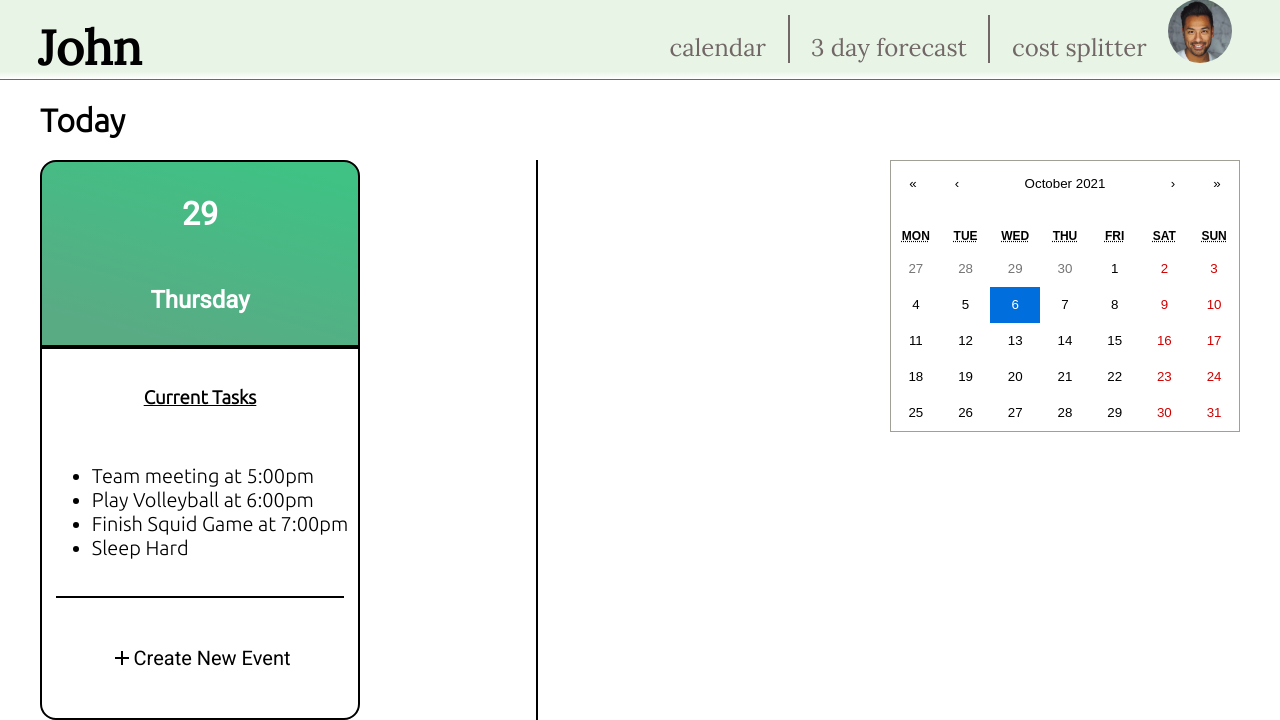
Repository: wilyyy/John
Page: /calendar (app in john-app/)
The author's editor kept a copy of each file at every save. The page is drawn from the files as they stood at one save, then again after the next save.
The browser window is 1280 px wide. The pictures show the whole page.
The project was rebuilt for these pictures with package versions that can differ from the ones it lists, and the page was loaded fresh each time. The framework's server and built-in components were replaced by stand-ins that run in the browser. Also part of the build but not shown: john-app/next.config.js.

Above is the page before, as saved 2021-10-06 23:09:30.

### john-app/pages/calendar.js
import Head from 'next/head'
import Nav from '@/Components/Nav'
import styled from 'styled-components';
import TaskCard from '@/Components/TaskCard';
import JohnCalendar from '@/Components/Calendar';

const CalendarCont = styled.div`
    display: flex;
    flex-direction: column;
    justify-content: space-between;
    align-items: center;
    width: 100vw;
    height: 100vh;
`;

const CalendarPageCont = styled.div`
    display: flex;
    flex-direction: column;
    font-family: 'Ubuntu', sans-serif;
    width: 75rem;
    height: 40rem;
`;

const CalendarPageRow = styled.div`
    display: flex;
    width: 75rem;
    height: 35rem;
    justify-content: space-between;
`;

const Divider = styled.div`
    border-left: 2px black solid;
    width: 2px;
    height: 35rem;
`;

const CalendarWithHeader = styled.div`
    display: flex;
    flex-direction: column;
`;

export default function Calendar(){
    return (
        <CalendarCont>
            <Nav />
            <CalendarPageCont>
                <h1>Today</h1>
                <CalendarPageRow>
                    <TaskCard />
                    <Divider />
                    <h1></h1>
                    <JohnCalendar />
                </CalendarPageRow>
            </CalendarPageCont>
        </CalendarCont>
    )
}

### john-app/styles/globals.css
@import url('https://fonts.googleapis.com/css2?family=Roboto&family=Ubuntu:wght@300&display=swap');
@import url('https://fonts.googleapis.com/css2?family=Lora&display=swap');
/* Ubuntu and Roboto and Lora Font */

html,
body {
  padding: 0;
  margin: 0;
  font-family: -apple-system, BlinkMacSystemFont, Segoe UI, Roboto, Oxygen,
    Ubuntu, Cantarell, Fira Sans, Droid Sans, Helvetica Neue, sans-serif;
}

a {
  color: inherit;
  text-decoration: none;
}

* {
  box-sizing: border-box;
}

### john-app/Components/Nav/index.js
import styled from 'styled-components';
import {useRouter} from 'next/router';
import React, {useState} from 'react';
import Image from 'next/image';
import profilePic from '@/Photos/avatar.jpg';

const NavCont = styled.div`
    display: flex;
    flex-direction: column;
    justify-content: flex-end;
    width: 100%;
    height: 6rem;
    font-family: 'Lora', serif;
    background: linear-gradient(180deg, #E8F5E6 90.62%, rgba(208, 227, 205, 0) 100%);
    border-bottom: #726767 1px solid;
`;

const NavRow = styled.div`
    display: flex;
    justify-content: space-between;
    padding: 0 2rem;
`;

const NavLinkRow = styled.div`
    display: flex;
    justify-content: space-evenly;
    width: 600px;
`;

const JohnLogo = styled.button`
    font-family: 'Lora', serif;
    border:none;
    background: none;
    font-size: 3rem;
    font-weight: bold;
    color: #000;
`;

const NavItem = styled.button`
    font-size: 1.5rem;
    color: #726767;
    font-family: 'Lora', serif;
    border:none;
    background: none;
`;

const Divider = styled.div`
    border-left: 2px #726767 solid;
    height: 3rem;
`;

const AvatarCont = styled.div`
    border-radius: 25rem;
    width: 4rem;
    height: 4rem;
    overflow: hidden;
    position: relative;
    top: -1rem;
`;


const Nav = () => {
    return <NavCont>
        <NavRow>
            <JohnLogo>John</JohnLogo>
            <NavLinkRow>
                <NavItem>calendar</NavItem>
                <Divider />
                <NavItem>3 day forecast</NavItem>
                <Divider />
                <NavItem>cost splitter</NavItem>
                <AvatarCont>
                    <Image src={profilePic} />
                </AvatarCont>
            </NavLinkRow>
        </NavRow>
    </NavCont>
}

export default Nav;

### john-app/Components/TaskCard/index.js
import styled from 'styled-components';
import {useRouter} from 'next/router';
import React, {useState} from 'react';
import AddIcon from '@mui/icons-material/Add';

//maybe change this to an array instead of an object?
const tasks = {
    task1: "Team meeting at 5:00pm",
    task2: "Play Volleyball at 6:00pm",
    task3: "Finish Squid Game at 7:00pm",
    task4: "Sleep Hard"
}

const TaskCont = styled.div`
    display: flex;
    flex-direction: column;
    width: 20rem;
    height: 35rem;
`;

const TaskTopCont = styled.div`
    color: #fff;
    border-radius: 1rem 1rem 0 0;
    border: 2px solid #000;
    width: 20rem;
    height: 13rem;
    display: flex;
    flex-direction: column;
    justify-content: space-evenly;
    align-items: center;
    align-items: center;
    font-family: 'Roboto', sans-serif;
    background: linear-gradient(195.27deg, #3FC284 8.37%, #59AB84 86.66%);
`;

const TaskBotCont = styled.div`
    border-radius: 0 0 1rem 1rem;
    border: 2px solid #000;
    width: 20rem;
    height: 26rem;
    background-color: #fff;
    display: flex;
    flex-direction: column;
    justify-content: space-evenly;
    align-items: center;
`;

const H3 = styled.h3`
    color: #000;
    text-decoration: underline;
`;

const Ul = styled.ul`
    display: flex;
    flex-direction: column;
    justify-content: center;
    align-items: centerl
`;

const Li = styled.li`
    font-size: 1.25rem;
`;

const Divider = styled.div`
    border-bottom: 2px #000 solid;
    width: 18rem;
    height: 2px;
`;

const CreateEventLink = styled.button`
    height: 5rem;
    display: flex;
    align-items: center;
    font-family: 'Roboto', sans-serif;
    border:none;
    background: none;
    font-size: 1.25rem;
`;


const TaskCard = ({
    day_number = "29",
    day = "Thursday"
}) => {
    return <TaskCont>
        <TaskTopCont>
            <h1>{day_number}</h1>
            <h2>{day}</h2>
        </TaskTopCont>
        <TaskBotCont>
            <H3>Current Tasks</H3>
            <Ul>
                <Li>{tasks.task1}</Li>
                <Li>{tasks.task2}</Li>
                <Li>{tasks.task3}</Li>
                <Li>{tasks.task4}</Li>
            </Ul>
            <Divider />

            <CreateEventLink>
                <AddIcon />Create New Event
                </CreateEventLink>
        </TaskBotCont>
    </TaskCont>
}

export default TaskCard;

### john-app/Components/Calendar/index.js
import React, {useState} from 'react';
import { render } from "react-dom";
import Calendar from "react-calendar";
import 'react-calendar/dist/Calendar.css';
import styled from 'styled-components';

const CalendarCont = styled.div`
    width: 1000px;
    border: 1px solid #f0f0f0;
    border-radius: 2px;
    background-color: #000;
`;


const JohnCalendar = () => {
    const [date, setDate] = useState(new Date());

    const onChange = (date) => {
        setDate(date);
    }

    return <div>
        <Calendar
        onChange={onChange}
        value={date}
        />
    </div>
}

export default JohnCalendar

Loaded but not shown: john-app/pages/_app.js (common file); john-app/pages/_document.js (common file)

After the next save:
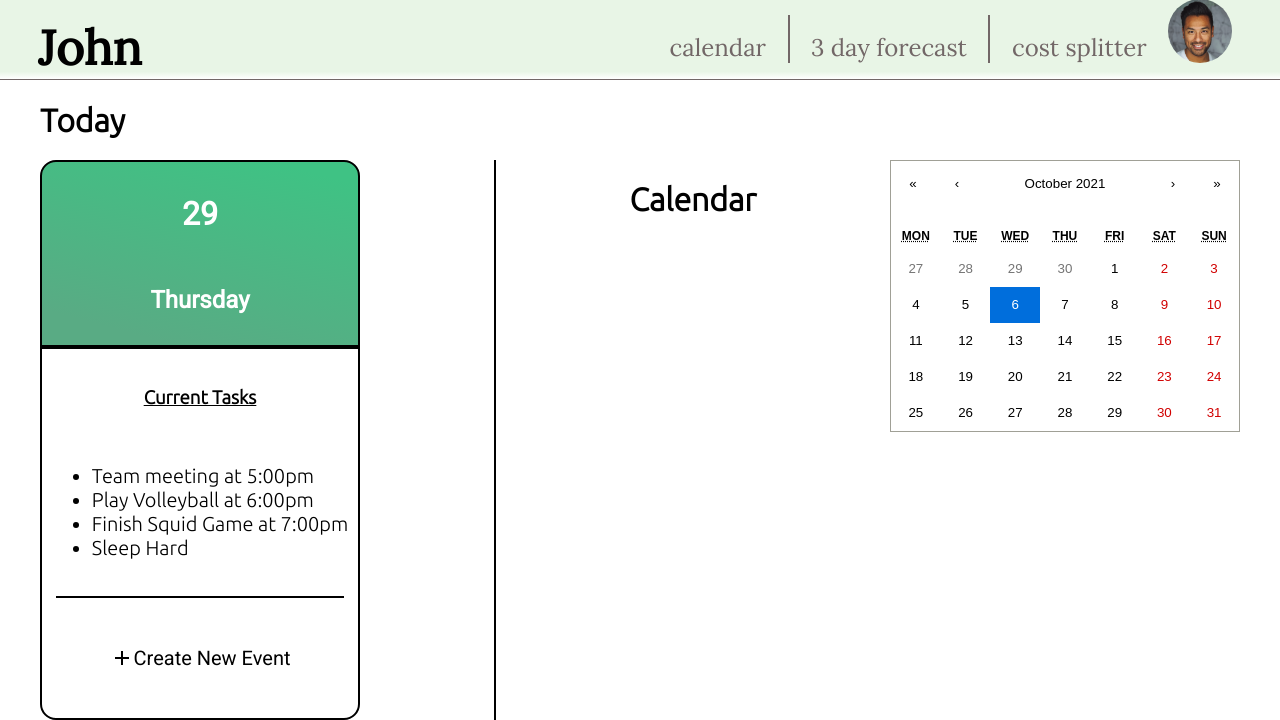
Saved 4 s later.
--- a/john-app/pages/calendar.js
+++ b/john-app/pages/calendar.js
@@ -48,7 +48,7 @@ export default function Calendar(){
                 <CalendarPageRow>
                     <TaskCard />
                     <Divider />
-                    <h1></h1>
+                    <h1>Calendar</h1>
                     <JohnCalendar />
                 </CalendarPageRow>
             </CalendarPageCont>
